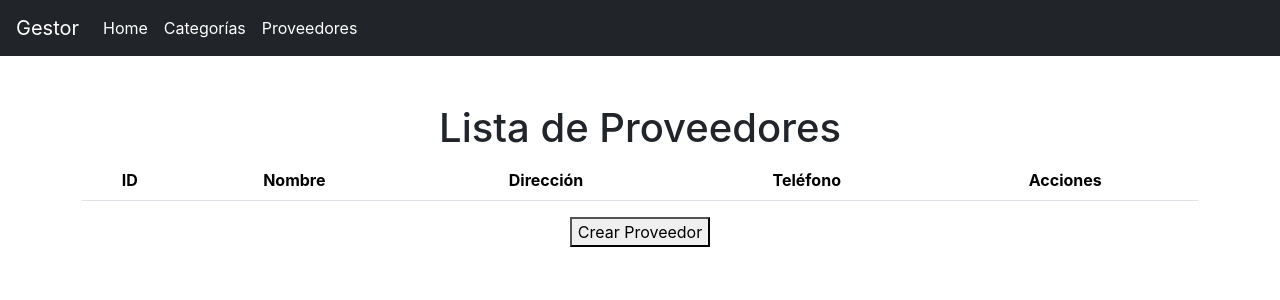
Repository: SantiagoGuaman/gestor-app
Page: /providers
These files come from the project's save history. The page is drawn as it stood at one moment and after the next save; the edit follows.
The browser window is 1280 px wide. The pictures show the whole page.
The page's requests for data from a server got no answer. The project was rebuilt for these pictures with package versions that can differ from the ones it lists, and the page was loaded fresh each time. No one was signed in, and anything a server would have sent is missing. Also part of the build but not shown: src/App.css, src/Categories/GetDataCategories.js, src/HomePage/HomePage.js.

Above is the page before, as saved 2024-02-15 09:40:25.

After the next save:
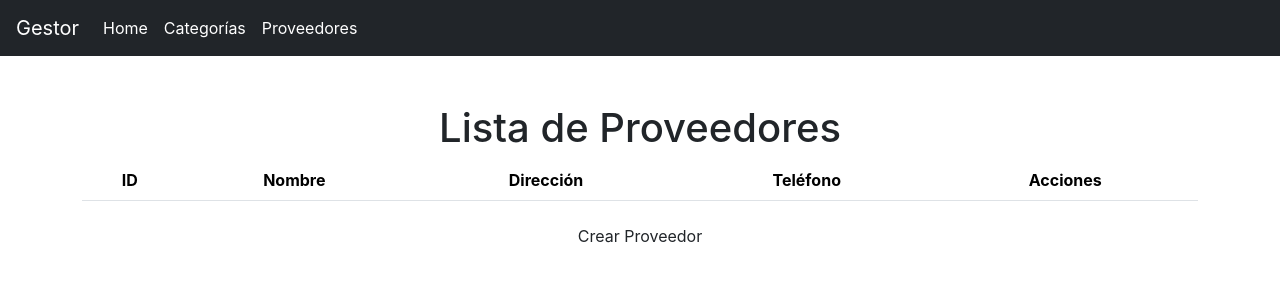
Saved 15 s later.
--- a/src/Proveedores/GetDataProviders.js
+++ b/src/Proveedores/GetDataProviders.js
@@ -137,7 +137,7 @@ function GetDataProviders() {
                     ))}
                 </tbody>
             </table>
-            <button onClick={() => setCreateModalOpen(true)}>Crear Proveedor</button>
+            <button className='btn btn' onClick={() => setCreateModalOpen(true)}>Crear Proveedor</button>
             {isCreateModalOpen && (
                 <div className="modal" tabIndex="-1" role="dialog" style={{ display: 'block' }}>
                     <div className="modal-dialog" role="document">
